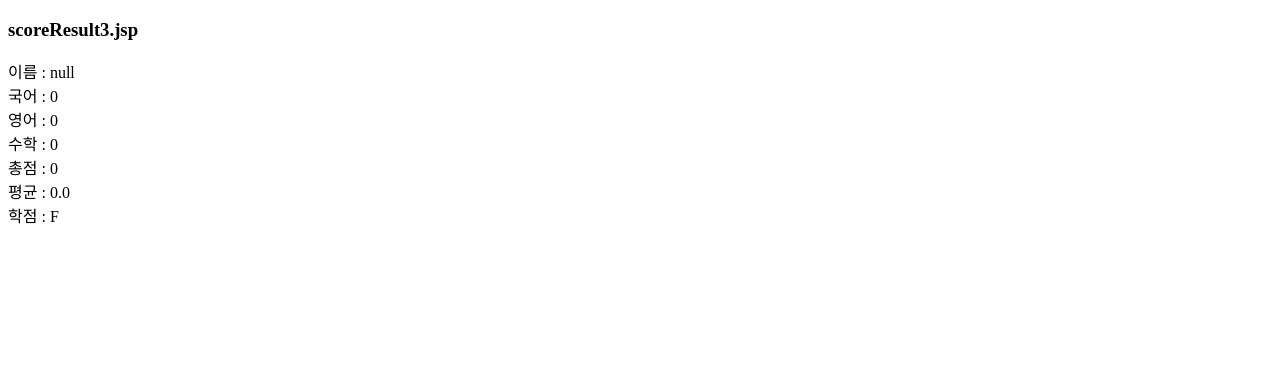
Repository: LEENYAMNYAM/JSP
Page: http://localhost/JSP_Project/exam/scoreResult3.jsp
An editor plug-in stored every save of this project. The page is shown before and after the next save, followed by the edit.
The browser window is 1280 px wide. The pictures show the whole page.
The page is served by Tomcat 9. Other server files are loaded and not shown.

Above is the page before, as saved 2025-02-28 00:47:14.

### JSP_Project/src/main/webapp/exam/scoreResult3.jsp
<%@ page import="com.exam.ScoreBean"%>
<%@ page language="java" contentType="text/html; charset=UTF-8"
    pageEncoding="UTF-8"%>
<!DOCTYPE html>
<html>
<head>
<meta charset="UTF-8">
<title>ScoreResult</title>
</head>
<% // 스크립트릿(JSP를 해석하기위한 언어)
request.setCharacterEncoding("utf-8");
%>

<!-- jsp 액션태그 -->
<!-- 자바에서 String name = request.getParameter("name"); 와 같은 역할을 함   -->
<jsp:useBean id ="sb" class="com.exam.ScoreBean"></jsp:useBean>

<!-- sb의 모든 필드를 가져옴 -->
<jsp:setProperty property="*" name="sb"/>

<body>
<h3>scoreResult3.jsp</h3>
이름 : <%= sb.getName() %><br/>
국어 : <%= sb.getKor() %><br/>
영어 : <%= sb.getEng() %><br/>
수학 : <%= sb.getMath() %><br/>
총점 : <%= sb.getTotal() %><br/>
평균 : <%= sb.getAvg() %><br/>
학점 : <%= sb.getGrade() %>

</body>
</html>

### JSP_Project/src/main/java/com/exam/ScoreBean.java
package com.exam;

public class ScoreBean {

	//필드
	private String name;
	private int kor;
	private int eng;
	private int math;

	//setter
	public void setName(String name) {
		this.name = name;
	}

	public void setKor(int kor) {
		this.kor = kor;
	}

	public void setEng(int eng) {
		this.eng = eng;
	}

	public void setMath(int math) {
		this.math = math;
	}
	//getter
	public String getName() {
		return name;
	}

	public int getKor() {
		return kor;
	}

	public int getEng() {
		return eng;
	}

	public int getMath() {
		return math;
	}

	// 총점을 구하는 메소드
	public int getTotal() {
		return kor+eng+math;
	}
	// 평균을 구하는 메소드
	public float getAvg() {
		return (kor+eng+math)/3.0f;
	}
	// 학점을 구하는 메소드
	public String getGrade() {
		String grade="";
		switch((int)getAvg()/10) {
			case 10:
			case 9: grade ="A"; break;
			case 8: grade ="B"; break;
			case 7: grade ="C"; break;
			default: grade ="F"; break;
		}
		return grade;
	}




}

After the next save:
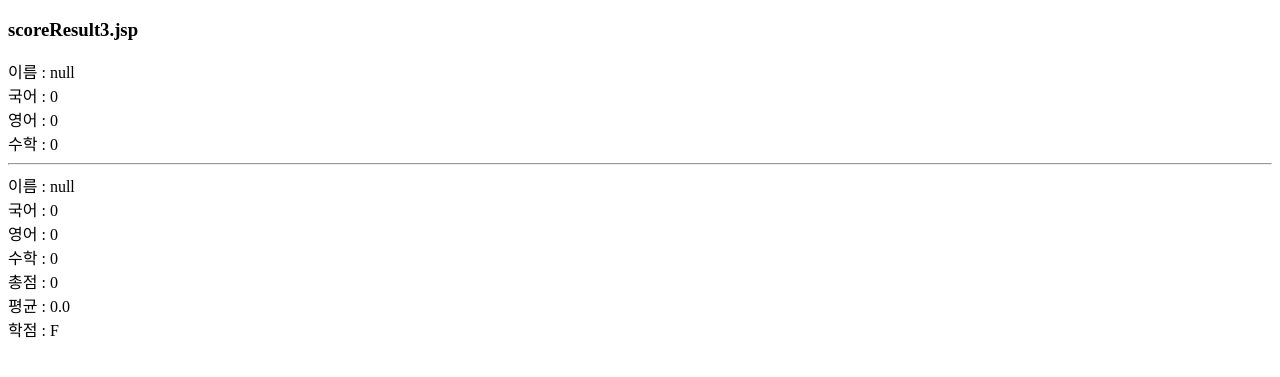
Saved 104 s later.
--- a/JSP_Project/src/main/webapp/exam/scoreResult3.jsp
+++ b/JSP_Project/src/main/webapp/exam/scoreResult3.jsp
@@ -20,6 +20,14 @@ request.setCharacterEncoding("utf-8");
 
 <body>
 <h3>scoreResult3.jsp</h3>
+이름 : <jsp:getProperty property="name" name="sb"/><br/>
+국어 : <jsp:getProperty property="kor" name="sb"/><br/>
+영어 : <jsp:getProperty property="eng" name="sb"/><br/>
+수학 : <jsp:getProperty property="math" name="sb"/><br/>
+
+
+
+<hr>
 이름 : <%= sb.getName() %><br/>
 국어 : <%= sb.getKor() %><br/>
 영어 : <%= sb.getEng() %><br/>
